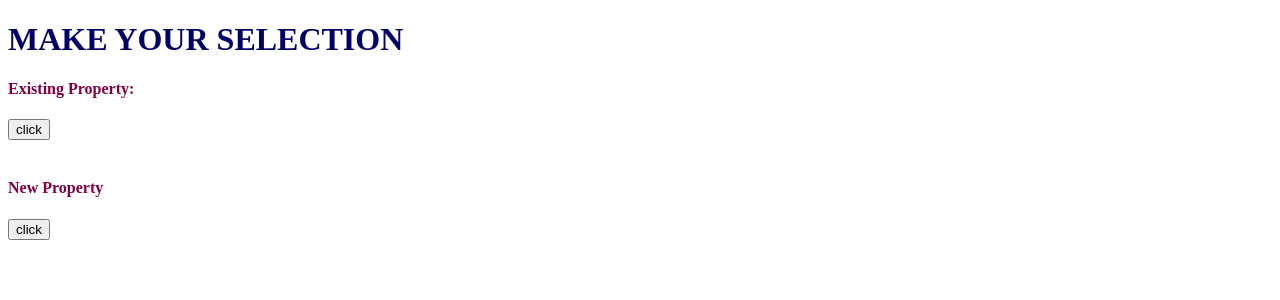
Repository: vinodkumarr269/microservices
Page: http://localhost/MicroServiceProducer/Select.jsp
An editor plug-in stored every save of this project. The page is shown before and after the next save, followed by the edit.
The browser window is 1280 px wide. The pictures show the whole page.
The page is served by Tomcat 9.

Above is the page before, as saved 2019-10-17 16:25:08.

After the next save:
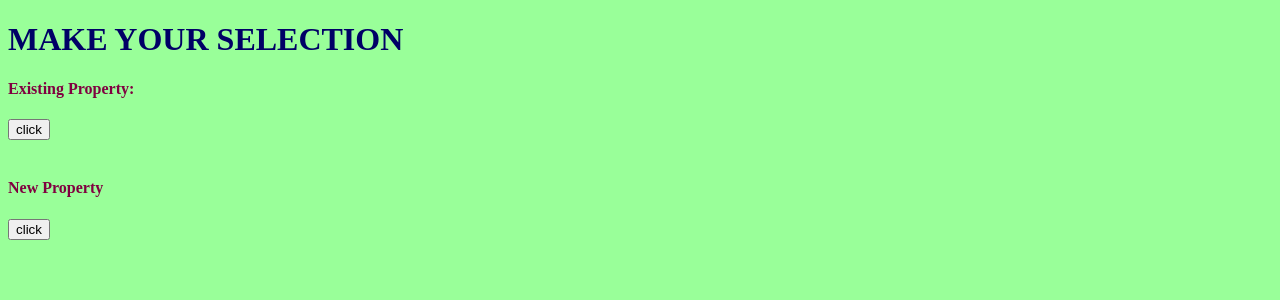
Saved 41 s later.
--- a/microservice/MicroServiceProducer/src/main/webapp/Select.jsp
+++ b/microservice/MicroServiceProducer/src/main/webapp/Select.jsp
@@ -6,7 +6,7 @@
 <meta charset="ISO-8859-1">
 <title>Insert title here</title>
 </head>
-<body>
+<body bgcolor="#99ff99">
 <form method="post" action = " " >
 <h1 style="color:#000066">MAKE YOUR SELECTION</h1>
 <h4 style="color:#800040">Existing Property:</h4>
